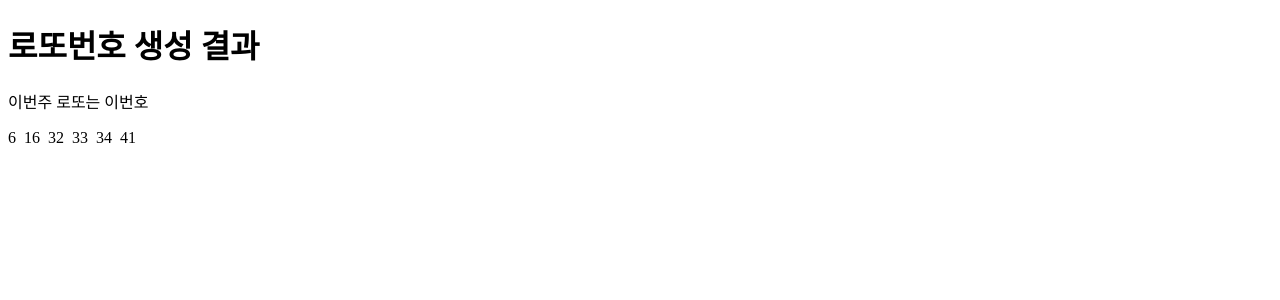
Repository: djdh94/jsp_practice
Page: http://localhost/JSPBasic/JspTag/TagQ03.jsp
The author's editor kept a copy of each file at every save. The page is drawn from the files as they stood at one save, then again after the next save.
The browser window is 1280 px wide. The pictures show the whole page.
The page is served by Tomcat 9. Other server files are loaded and not shown.

Above is the page before, as saved 2022-02-03 07:47:54.

### JSPBasic/src/main/webapp/JspTag/TagQ03.jsp
<%@page import="java.util.*" %>
<%@ page language="java" contentType="text/html; charset=UTF-8"
    pageEncoding="UTF-8"%>
<!DOCTYPE html>
<html>
<head>
<meta charset="UTF-8">
<title>Insert title here</title>
</head>
<body>
<%

	List<Integer> lotto = new ArrayList<>();
	while(true){
		int num=(int)(Math.random()*45)+1;
		//contains(): 리스트 내부에 해당 객체가 존재하면 true를 리턴.
		if(!lotto.contains(num)){
			lotto.add(num);
		}
		if(lotto.size()==6){
			break;
		}
	}
	//리스트의 오름차 정렬방법
	Collections.sort(lotto);

	%>

	<h1>로또번호 생성 결과</h1>
	<p>이번주 로또는 이번호</p>
	<%
	for(Integer num : lotto){
	out.println(num+"&nbsp;");
	Thread.sleep(700); //cpu를 잠시 멈추는 메서드
	out.flush(); // 브라우저의 출력 버퍼를 비우는 메서드.
	}
	%>
</body>
</html>

After the next save:
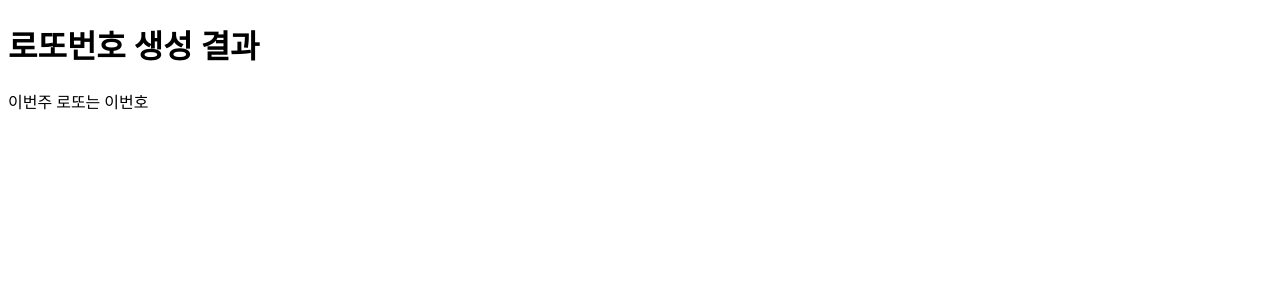
Saved 45 s later.
--- a/JSPBasic/src/main/webapp/JspTag/TagQ03.jsp
+++ b/JSPBasic/src/main/webapp/JspTag/TagQ03.jsp
@@ -8,6 +8,8 @@
 <title>Insert title here</title>
 </head>
 <body>
+	<h1>로또번호 생성 결과</h1>
+	<p>이번주 로또는 이번호</p>
 <%
 
 	List<Integer> lotto = new ArrayList<>();
@@ -26,14 +28,7 @@
 
 	%>
 
-	<h1>로또번호 생성 결과</h1>
-	<p>이번주 로또는 이번호</p>
-	<%
-	for(Integer num : lotto){
-	out.println(num+"&nbsp;");
-	Thread.sleep(700); //cpu를 잠시 멈추는 메서드
-	out.flush(); // 브라우저의 출력 버퍼를 비우는 메서드.
-	}
-	%>
+
+
 </body>
 </html>
